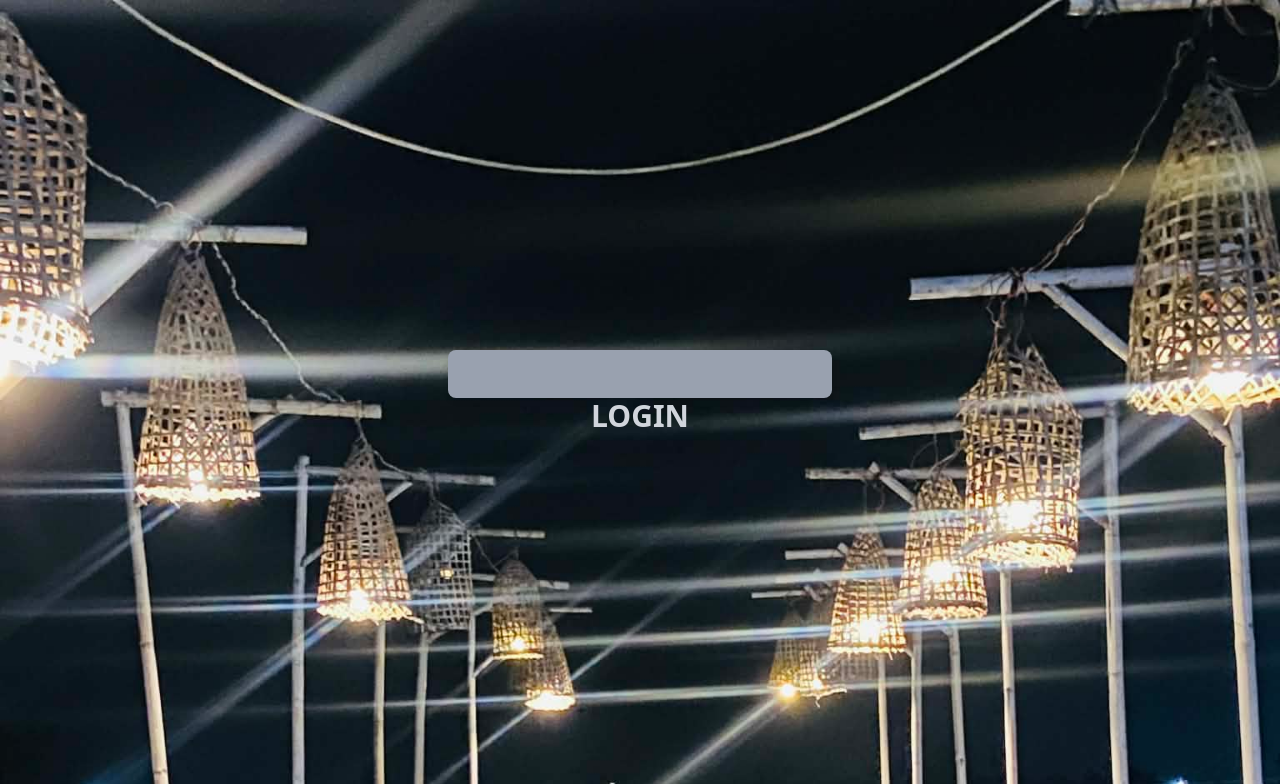
Repository: ridhukhan/chatapp
Page: / (app in frontend/)
An editor plug-in stored every save of this project. The page is shown before and after the next save, followed by the edit.
The browser window is 1280 px wide. The pictures show the whole page.
Backgrounds fixed to the window are drawn as part of the page. The project was rebuilt for these pictures with package versions that can differ from the ones it lists, and the page was loaded fresh each time. Also part of the build but not shown: frontend/vite.config.js.

Above is the page before, as saved 2025-12-25 11:54:26.

After the next save:
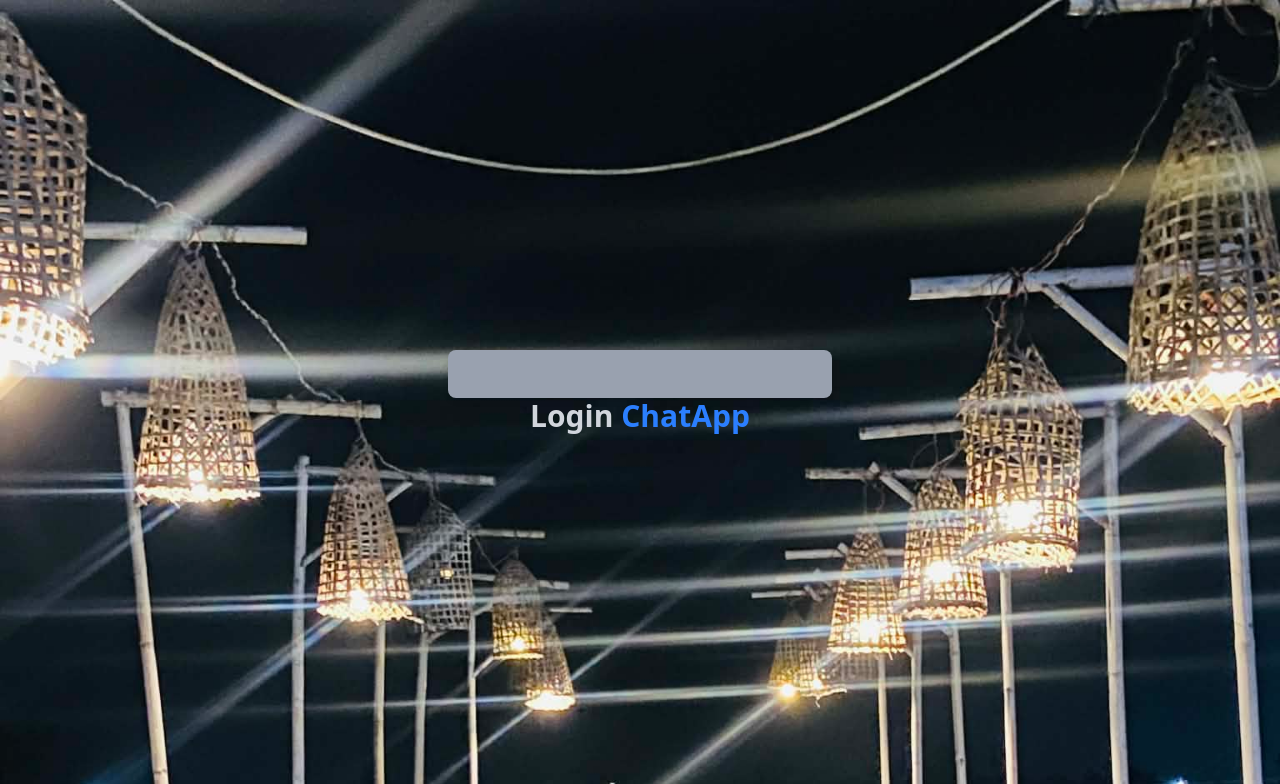
Saved 7 min 39 s later.
--- a/frontend/src/Pages/login/Login.jsx
+++ b/frontend/src/Pages/login/Login.jsx
@@ -5,8 +5,10 @@
     <div className='flex flex-col items-center justify-center min-w-96 max-auto'>
 
 <div className='w-full p-6 rounded-lg shadow-md bg-gray-400 bg-clip-padding backdrop-filter backdrop-blur-lg bg-opacity-0'></div>
-<h1  className='text-3xl font-semibold text-center text-gray-300'>LOGIN</h1>
-
+<h1 className='text-3xl font-semibold text-center text-gray-300'>
+					Login
+					<span className='text-blue-500'> ChatApp</span>
+				</h1>
     </div>
   )
 }
